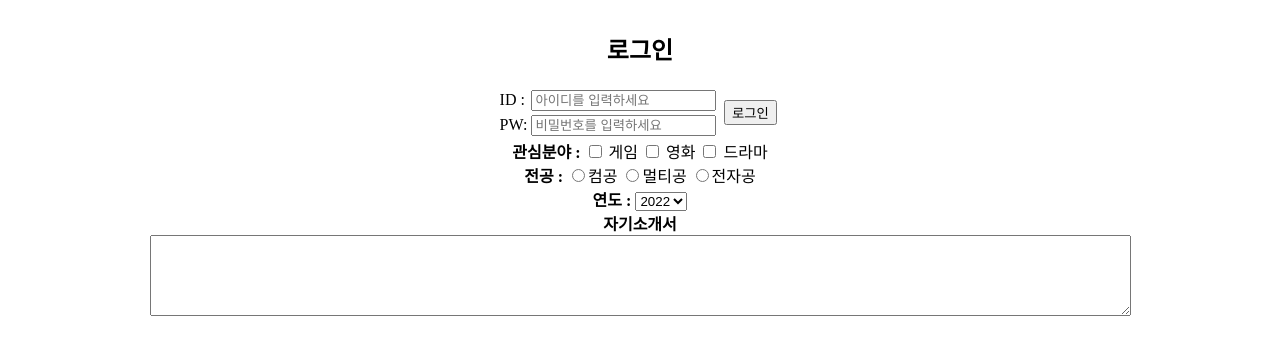
Repository: umhayun/myJSP
Page: HTML/src/main/webapp/login.html
The author's editor kept a copy of each file at every save. The page is drawn from the files as they stood at one save, then again after the next save.
The browser window is 1280 px wide. The pictures show the whole page.

Above is the page before, as saved 2022-01-18 02:09:38.

After the next save:
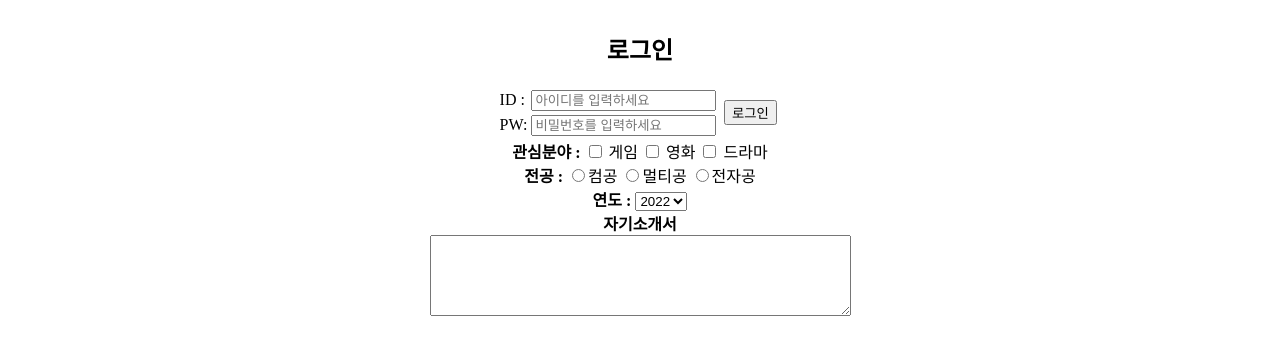
Saved 11 s later.
--- a/HTML/src/main/webapp/login.html
+++ b/HTML/src/main/webapp/login.html
@@ -49,7 +49,7 @@
 <br>
 <strong>자기소개서</strong>
 <br>
-<textarea rows="5" cols="120"></textarea>
+<textarea rows="5" cols="50"></textarea>
 </form>
 
 </body>
